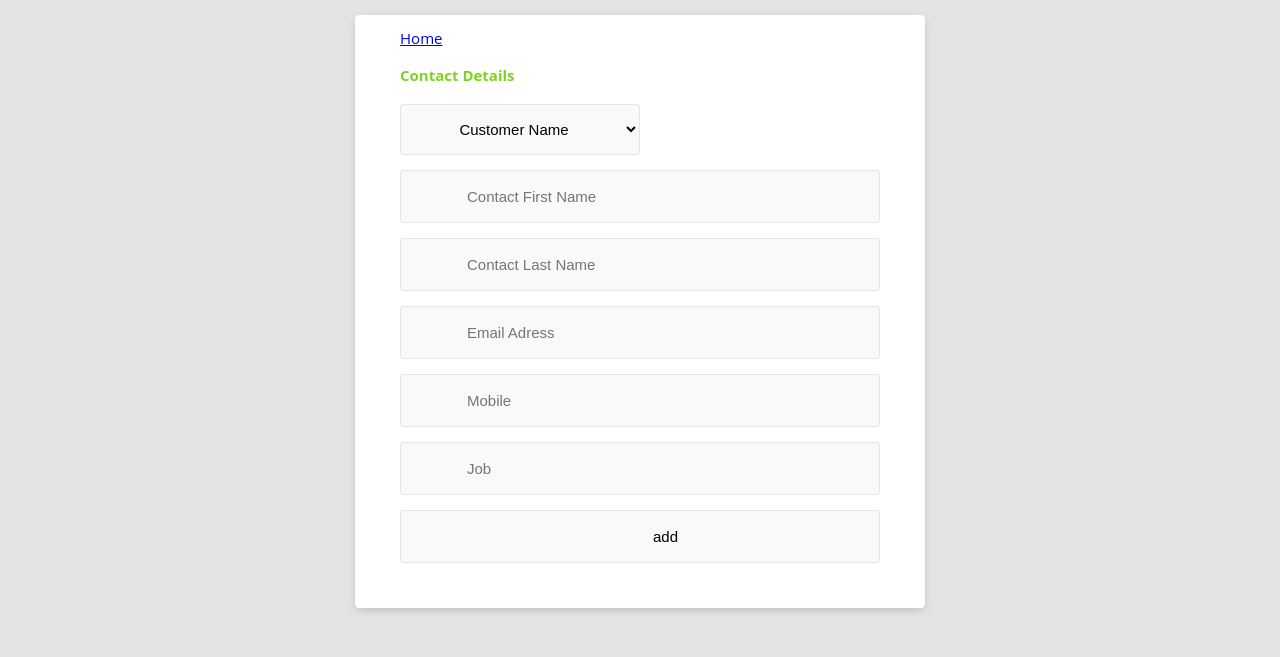
Repository: karthik-H/vms
Page: http://localhost/vms/contact-add.jsp
An editor plug-in stored every save of this project. The page is shown before and after the next save, followed by the edit.
The browser window is 1280 px wide. The pictures show the whole page.
The page is served by Tomcat 9. Queries for data that is not in the repository find no rows.

Above is the page before, as saved 2019-01-26 18:57:57.

After the next save:
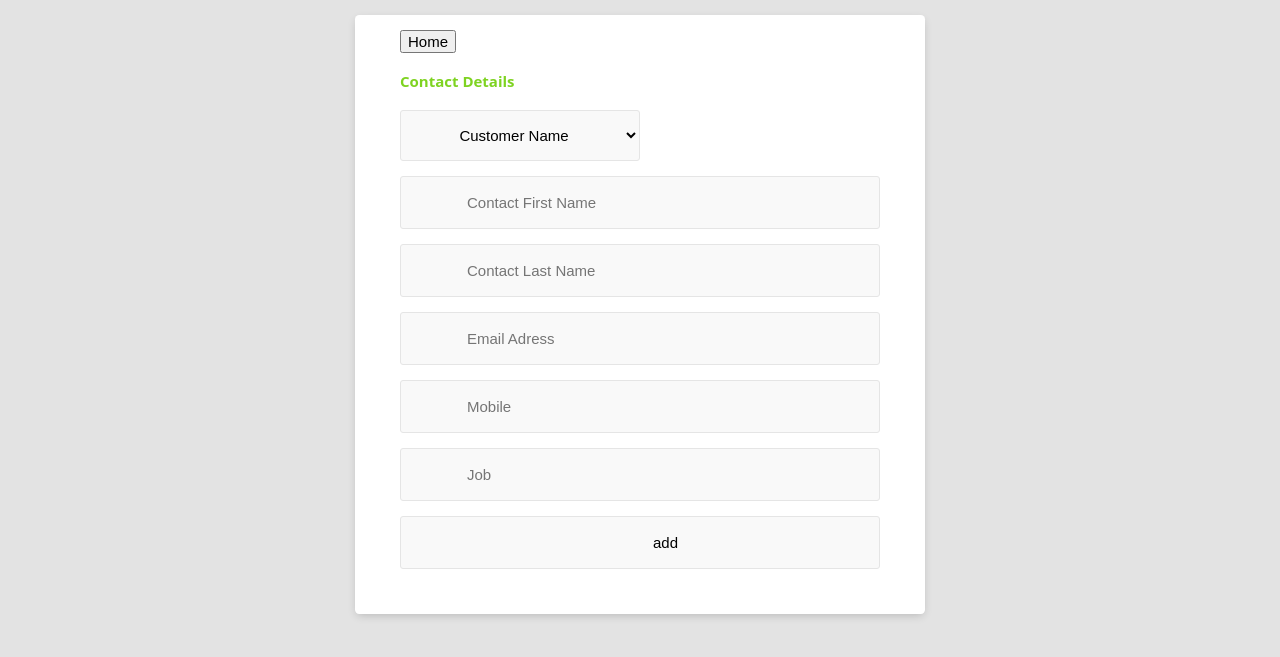
Saved 60 s later.
--- a/Vehicle/vms/src/main/webapp/contact-add.jsp
+++ b/Vehicle/vms/src/main/webapp/contact-add.jsp
@@ -13,7 +13,7 @@
 
 <body>
 <div class="container">
-<a href="home.jsp">Home</a>
+ <button onclick='location.href="index.jsp";' class="w3-button w3-black" >Home</button>
   <form method="post" action="Contact_Add">
     <div class="row">
       <h4>Contact Details</h4>
